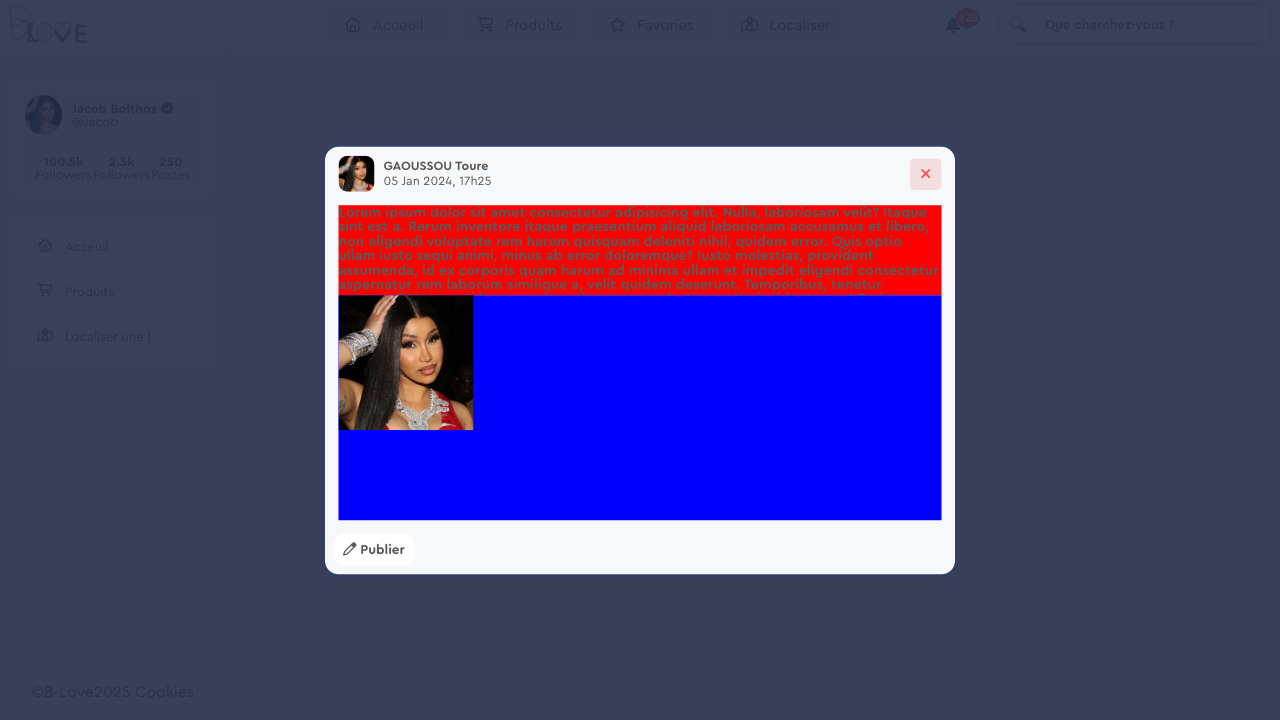
Repository: moomoony-log/b-love
Page: /home
These files come from the project's save history. The page is drawn as it stood at one moment and after the next save; the edit follows.
The browser window is 1280 px wide. The pictures show the whole page.
The project was rebuilt for these pictures with package versions that can differ from the ones it lists, and the page was loaded fresh each time. Also part of the build but not shown: vite.config.ts, src/rules/legacy.tsx, src/rules/privacy.tsx, src/components/basic/notification.tsx, src/view/auth.tsx, src/view/main/acceuil.tsx, src/view/main/dashbord.tsx, src/view/main/info-account.tsx and 3 more.

Above is the page before, as saved 2025-10-15 14:43:07.

After the next save:
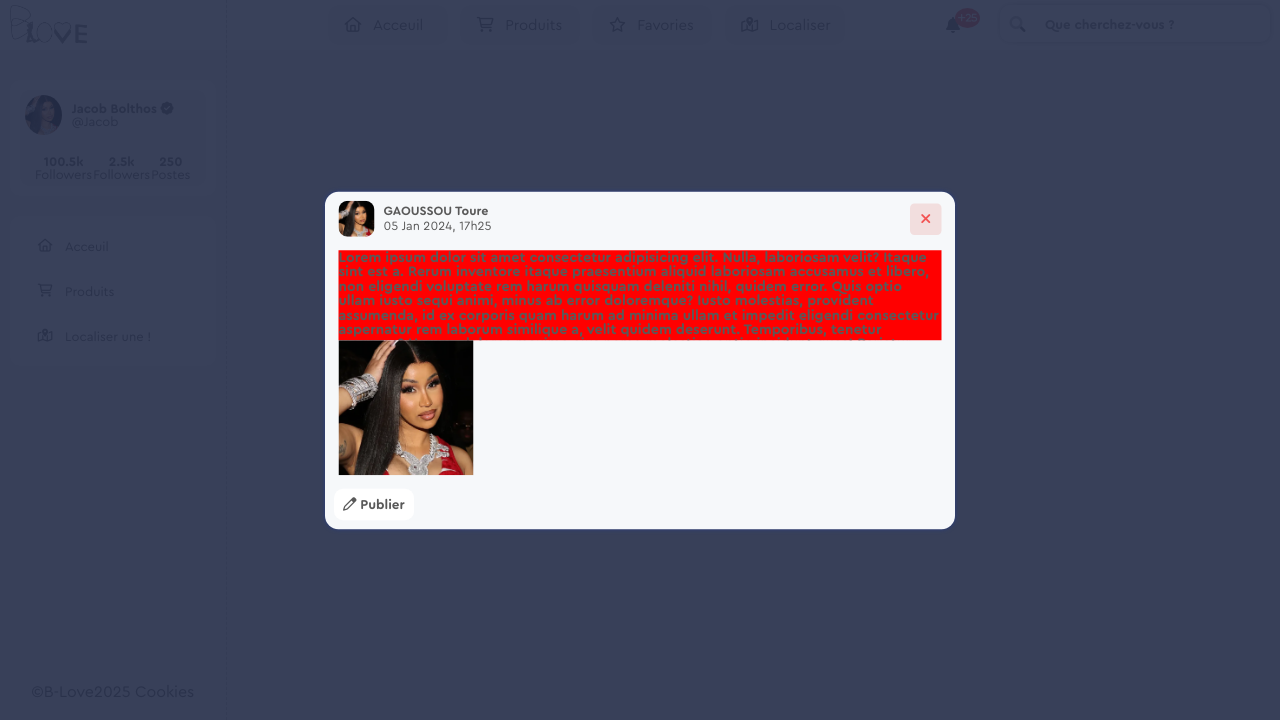
Saved 12 min 1 s later.
--- a/public/css/component/modals/pubItem.css
+++ b/public/css/component/modals/pubItem.css
@@ -11,8 +11,8 @@
     display: flex;
     overflow-y: hidden;
     overflow-x: auto;
-    background-color: blue;
-    height: 250px;
+    /* background-color: blue;
+    height: 250px; */
 }
 .modal[data-name="pub-item"] .body .about-pub{
     width: 100%;
